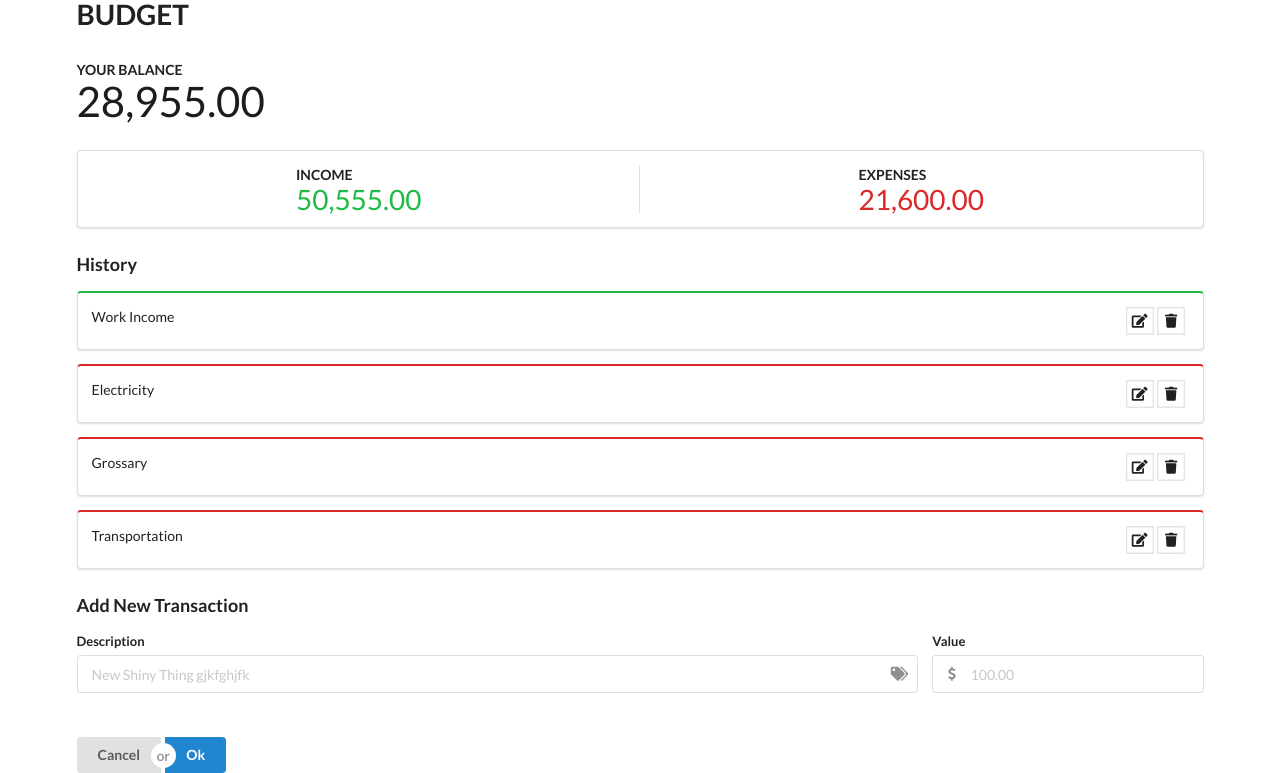
Repository: farrdy/budgets-react
Page: /
These files come from the project's save history. The page is drawn as it stood at one moment and after the next save; the edit follows.
The browser window is 1280 px wide. The pictures show the whole page.
The project was rebuilt for these pictures with package versions that can differ from the ones it lists, and the page was loaded fresh each time.

Above is the page before, as saved 2022-03-19 07:57:55.

### src/App.js
import {Container, Header } from 'semantic-ui-react';
import MainHeader from './components/MainHeader';
import NewEntryForm from './components/NewEntryForm';
import DisplayBalance from './components/DisplayBalance'
import DisplayBalances from './components/DisplayBalances';
import EntryLine from './components/EntryLine';
import { useState } from 'react';

function App() {

 const [entries, setEntries]=useState(initialEntries)
  return (
    <Container>
      <MainHeader />
      <DisplayBalance title="Your Balance" Value="28,955.00" Color="black" size="small" />
      <DisplayBalances/>
      <Header as='h3'>History</Header>
      {entries.map((entry)=>
      <EntryLine
        Description={entry.Description}
       Value={entry.value}
       isExpense={entry.isExpense}/>
      )}


      <Header as='h3'>
        Add New Transaction
      </Header>
      <NewEntryForm />
    </Container>
  );
}

export default App;

var initialEntries=[
  {
    Description:'Work Income',
    Value:"50000" ,
    isExpense:false
  },
  {
    Description:'Electricity',
    Value:"600" ,
    isExpense:true
  },
  {
    Description:'Grossary',
    Value:"2000" ,
    isExpense:true
  },
  {
    Description:'Transportation',
    Value:"3500" ,
    isExpense:true
  }
]

### src/components/MainHeader.js
import React from 'react';
import { Header } from 'semantic-ui-react';

function MainHeader(props) {
    return <Header as='h1'>BUDGET</Header>
}

export default MainHeader;

### src/components/NewEntryForm.js
import React from 'react';
import { Form } from 'semantic-ui-react';
import ButtonSaveOrCancel from './ButtonSaveOrCancel';

function NewEntryForm(props) {
    return (

        <Form unstackable >
            <Form.Group>
                <Form.Input
                    icon='tags'
                    width={12}
                    label='Description'
                    placeholder='New Shiny Thing gjkfghjfk'
                />
                <Form.Input
                    icon='dollar'
                    width={4}
                    label='Value'
                    iconPosition='left'
                    placeholder='100.00'
                />
            </Form.Group>
            <ButtonSaveOrCancel />

        </Form>

    );
}

export default NewEntryForm;

### src/components/DisplayBalance.js
import React from 'react';
import { Statistic } from 'semantic-ui-react'

function DisplayBalance({ title, Value, Color = "black", size = 'tiny' }) {
    return (
        <Statistic size={size} color={Color}>
            <Statistic.Label style={{ textAlign: 'left' }}>
                {title}
            </Statistic.Label>
            <Statistic.Value>
                {Value}
            </Statistic.Value>

        </Statistic>
    );
}

export default DisplayBalance;

### src/components/DisplayBalances.js
import React from 'react';
import { Grid, Segment } from 'semantic-ui-react';
import DisplayBalance from './DisplayBalance';

const DisplayBalances = () => {
    return (
        <Segment textAlign='center'>
        <Grid columns={2} divided>
          <Grid.Row>
            <Grid.Column>
              <DisplayBalance title="Income" Value="50,555.00" Color="green" />
            </Grid.Column>
            <Grid.Column>
              <DisplayBalance title="Expenses" Value="21,600.00" Color="red" /></Grid.Column>
          </Grid.Row>
        </Grid>
      </Segment>
    );
};

export default DisplayBalances;

### src/components/EntryLine.js
import React from 'react';
import { Grid, Icon, Segment } from 'semantic-ui-react';

const EntryLine = ({Description, Value, isExpense=false}) => {
    return (
        <Segment color={isExpense? 'red':'green'}>
        <Grid columns={3} textAlign='right'>
          <Grid.Row>
            <Grid.Column width={10} textAlign='left'>{Description}</Grid.Column>
            <Grid.Column width={3} textAlign='right'>{Value}</Grid.Column>
            <Grid.Column width={3}>
              <Icon name='edit' bordered />
              <Icon name='trash' bordered />
            </Grid.Column>
          </Grid.Row>
        </Grid>
      </Segment>
    );
};

export default EntryLine;

### src/components/ButtonSaveOrCancel.js
import React from 'react';
import { Button } from 'semantic-ui-react';

function ButtonSaveOrCancel(props) {
    return (
        <Button.Group style={{ marginTop: 30 }}>
            <Button>Cancel</Button>
            <Button.Or></Button.Or>
            <Button primary>Ok</Button>
        </Button.Group>
    );
}

export default ButtonSaveOrCancel;

Loaded but not shown: public/index.html (common file); src/index.js (common file); src/index.css (common file); src/reportWebVitals.js (common file)

After the next save:
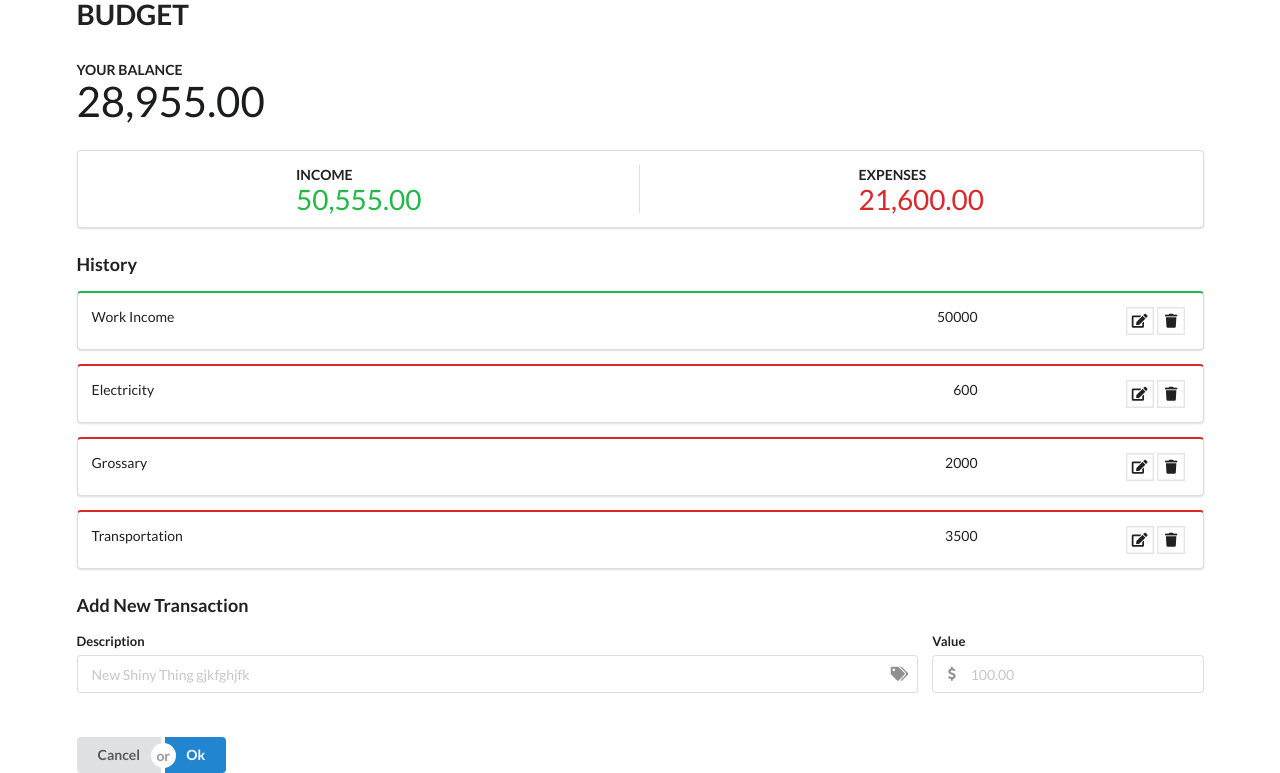
Saved 25 s later.
--- a/src/App.js
+++ b/src/App.js
@@ -18,7 +18,7 @@ function App() {
       {entries.map((entry)=>
       <EntryLine
         Description={entry.Description}
-       Value={entry.value}
+       Value={entry.Value}
        isExpense={entry.isExpense}/>
       )}
 
